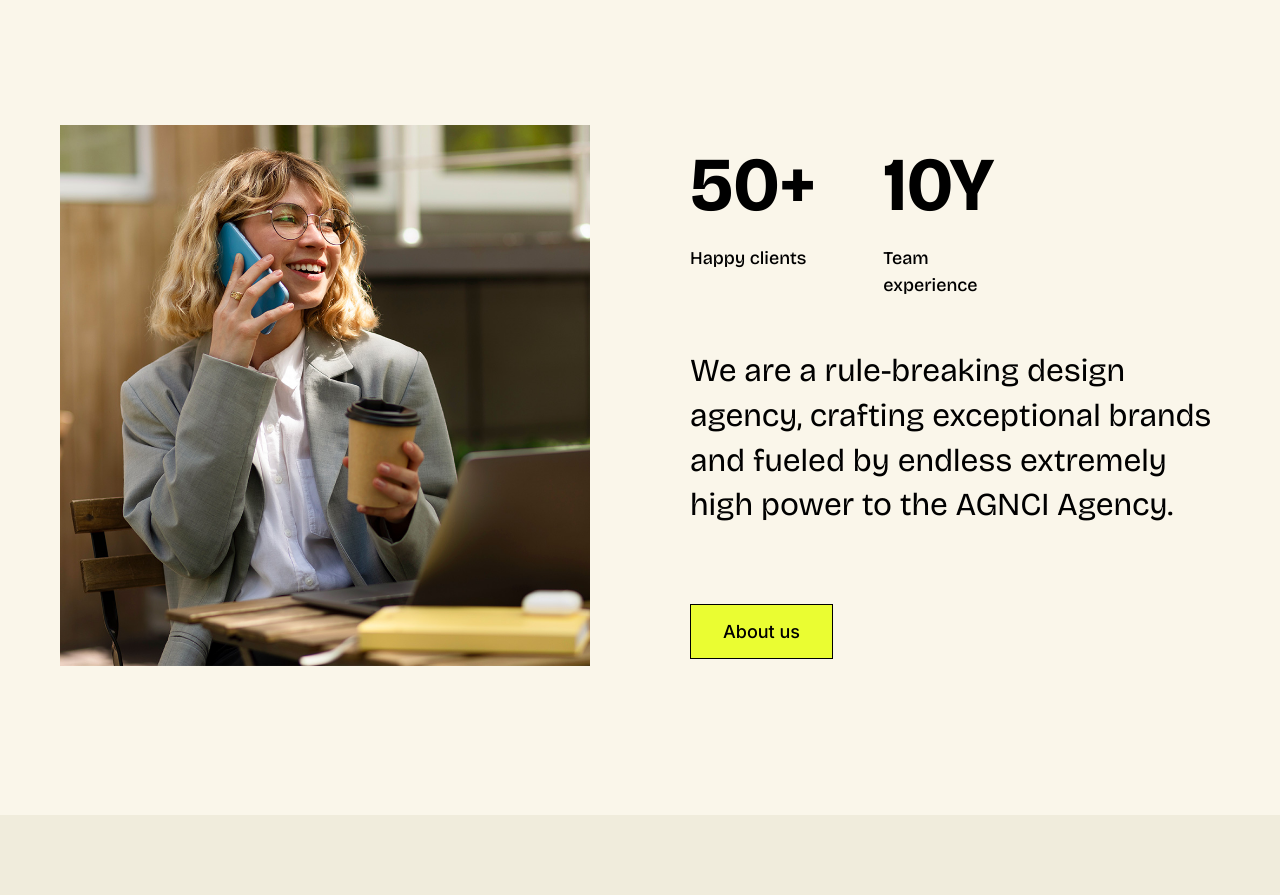
Repository: neelpatel6262/AGNCI-Webflow-HTML-Template
Page: index.html
An editor plug-in stored every save of this project. The page is shown before and after the next save, followed by the edit.
The browser window is 1280 px wide. The pictures show the part of the page from y = 1640 to 2535 px (the page is 8588 px tall before and 9054 px after).
A picture or video elsewhere on the page could not be fetched, so the positions and the page height are approximate. Some web fonts or font styles are not loaded; a fallback is used.

Above is the page before, as saved 2025-08-19 13:07:19.

After the next save:
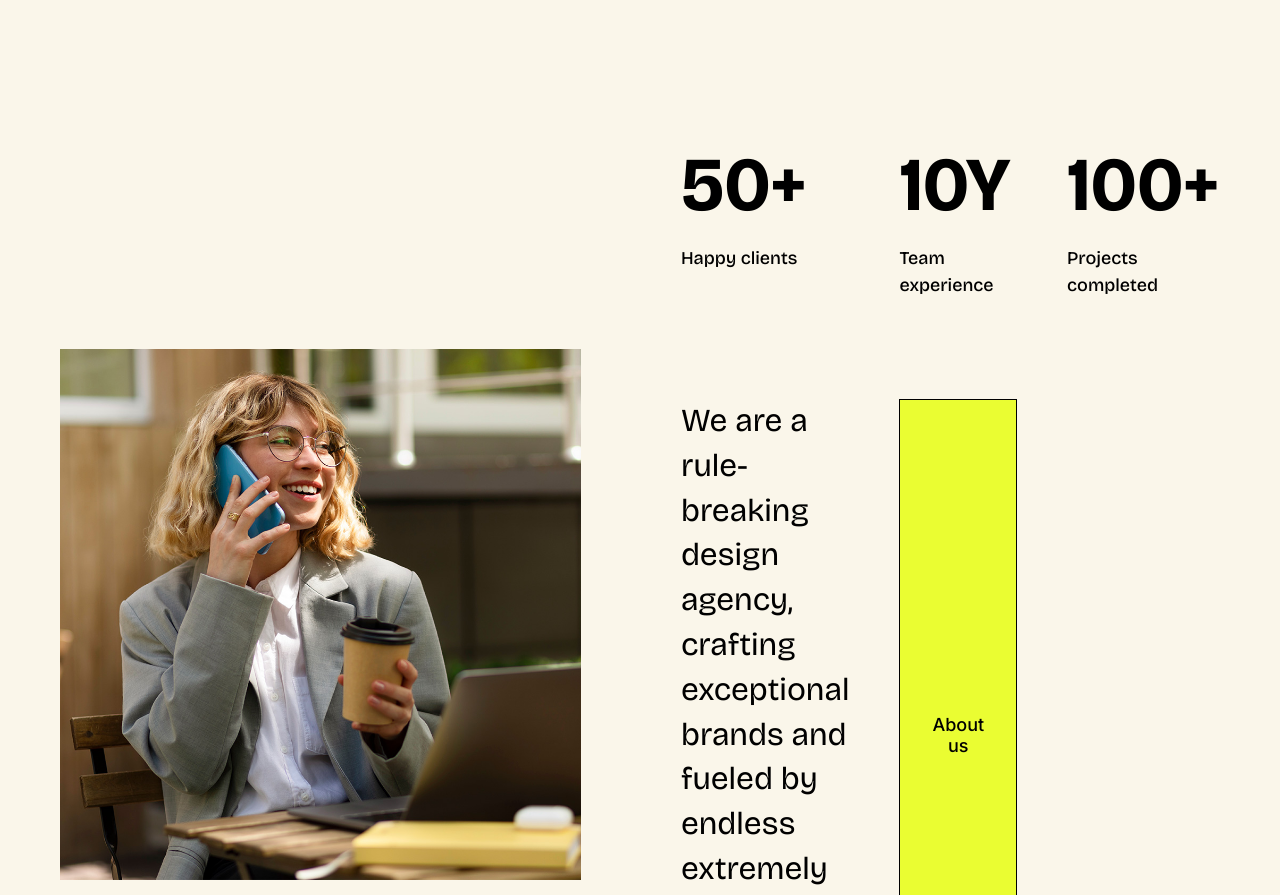
Saved 3 min 3 s later.
--- a/index.html
+++ b/index.html
@@ -94,6 +94,9 @@
             <div class="about-counter-title">10Y</div>
             <div class="counter-title">Team experience</div>
           </div>
+          <div class="one">
+            <div class="about-counter-title">100+</div>
+            <div class="counter-title">Projects completed</div>
         </div>
         <div class="about-distribution">
           We are a rule-breaking design agency, crafting exceptional brands and fueled by endless extremely high power

After the save that followed:
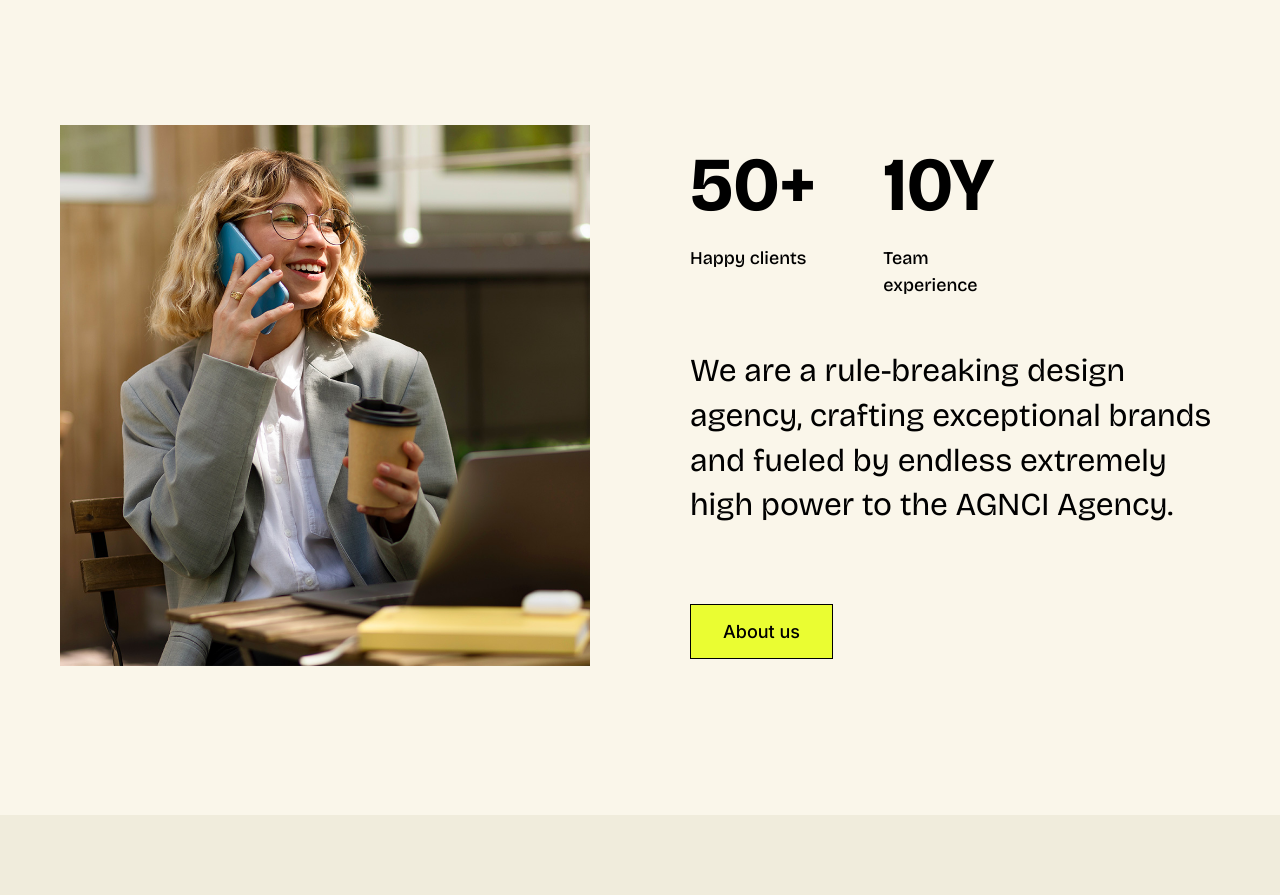
Saved 88 s later.
--- a/index.html
+++ b/index.html
@@ -94,9 +94,6 @@
             <div class="about-counter-title">10Y</div>
             <div class="counter-title">Team experience</div>
           </div>
-          <div class="one">
-            <div class="about-counter-title">100+</div>
-            <div class="counter-title">Projects completed</div>
         </div>
         <div class="about-distribution">
           We are a rule-breaking design agency, crafting exceptional brands and fueled by endless extremely high power
